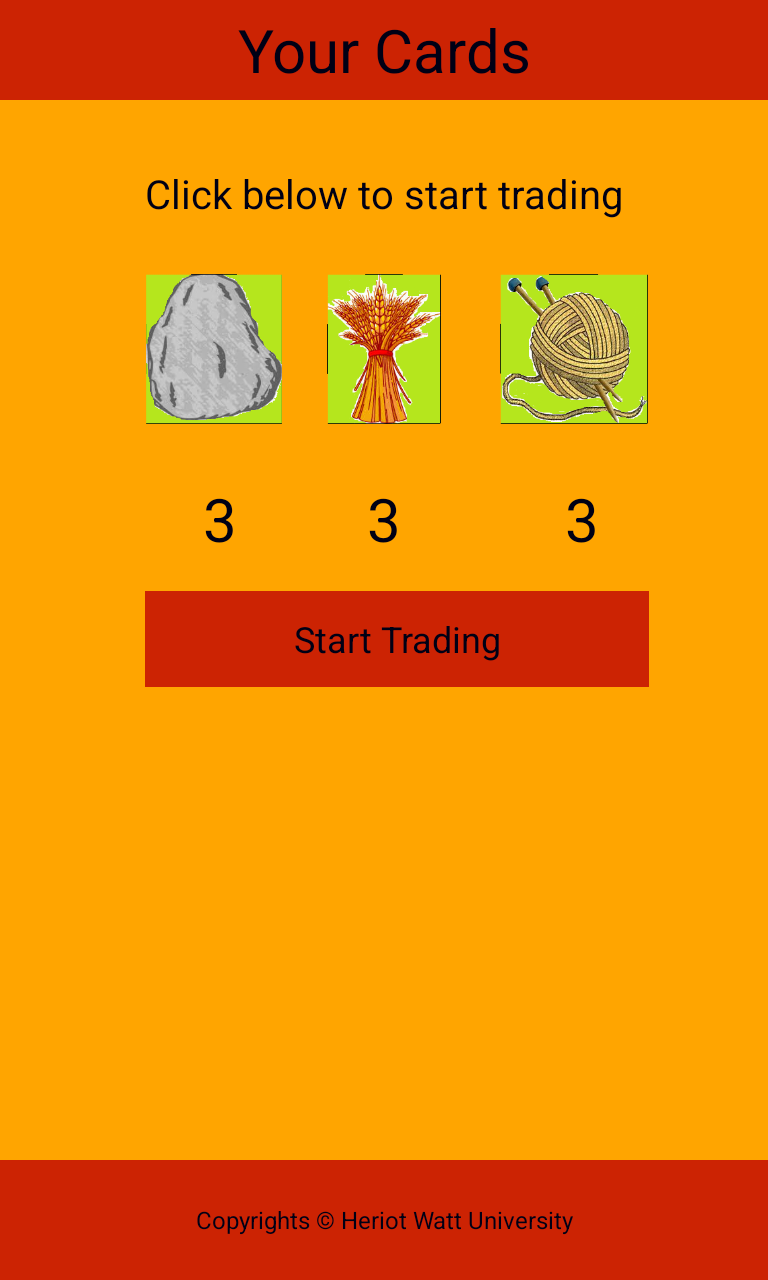
Repository: nidafarooqui/Trading-Game-Version-3
Layout: TaikunClient/res/layout/activity_propose_screen.xml
An editor plug-in stored every save of this project. The layout is shown before and after the next save, followed by the edit.
It is drawn on a 768 x 1280 px phone screen (xhdpi) without system bars, with theme AppTheme; the app's code is not run.

Above is the layout before, as saved 2014-08-17 01:09:25.

After the next save:
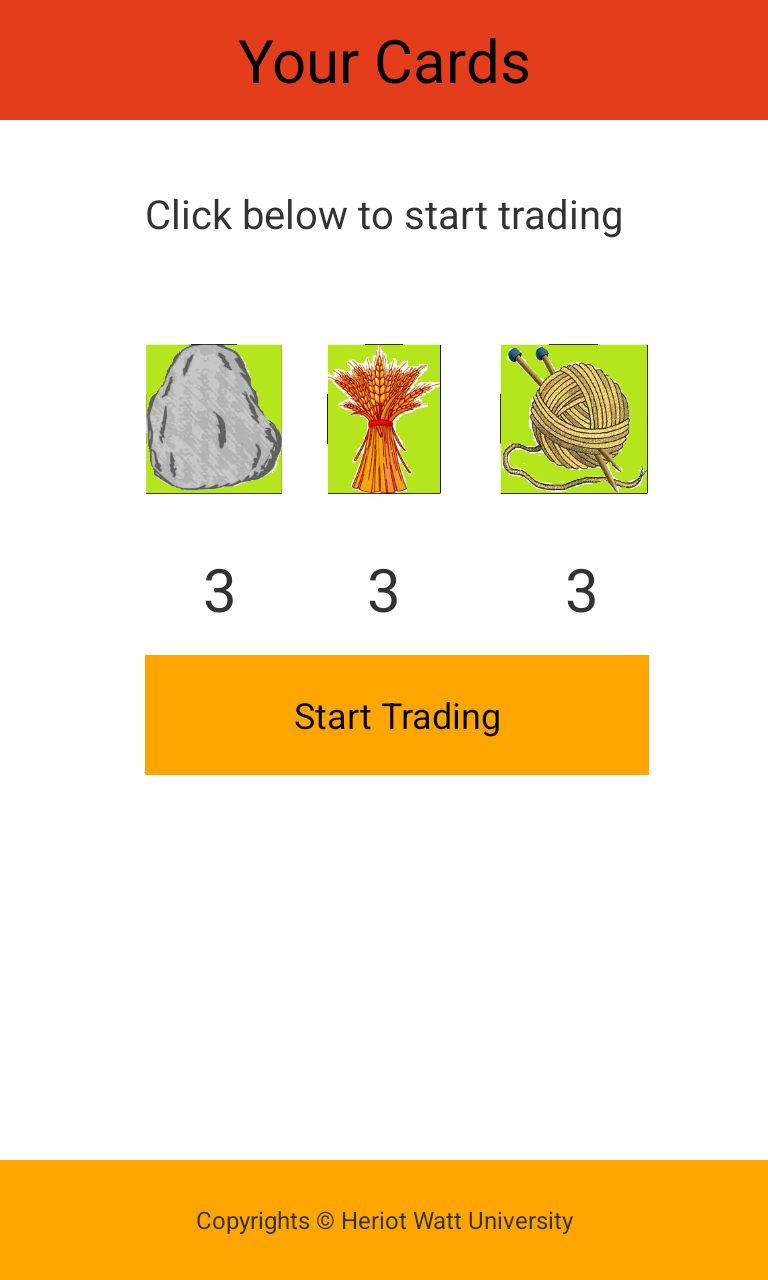
Saved 3 min 51 s later.
--- a/TaikunClient/res/layout/activity_propose_screen.xml
+++ b/TaikunClient/res/layout/activity_propose_screen.xml
@@ -3,7 +3,6 @@
     android:id="@+id/RelativeLayout1"
     android:layout_width="match_parent"
     android:layout_height="match_parent"
-    android:background="@color/orange"
     android:orientation="vertical" >
 
     <ImageView
@@ -26,19 +25,6 @@
         android:src="@drawable/wheatcard" />
 
     <TextView
-        android:id="@+id/textViewTurn"
-        android:layout_width="match_parent"
-        android:layout_height="50dp"
-        android:layout_alignParentTop="true"
-        android:layout_centerHorizontal="true"
-        android:background="@color/darkorrange"
-        android:gravity="center_horizontal|center_vertical"
-        android:text="Your Cards"
-        android:textAppearance="?android:attr/textAppearanceLarge"
-        android:textColor="@color/dark"
-        android:textSize="30sp" />
-
-    <TextView
         android:id="@+id/rocksGoalState"
         android:layout_width="wrap_content"
         android:layout_height="wrap_content"
@@ -47,7 +33,6 @@
         android:layout_marginRight="26dp"
         android:layout_marginTop="27dp"
         android:text="@string/rockTotal"
-        android:textColor="@color/dark"
         android:textSize="30sp" />
 
     <TextView
@@ -59,7 +44,6 @@
         android:layout_below="@+id/wheatImage"
         android:layout_centerHorizontal="true"
         android:text="@string/wheatTotal"
-        android:textColor="@color/dark"
         android:textSize="30sp" />
 
     <TextView
@@ -68,11 +52,10 @@
         android:layout_height="wrap_content"
         android:layout_alignBaseline="@+id/wheatGoalState"
         android:layout_alignBottom="@+id/wheatGoalState"
+        android:layout_below="@+id/woolImage"
         android:layout_alignRight="@+id/woolImage"
-        android:layout_below="@+id/woolImage"
         android:layout_marginRight="25dp"
         android:text="@string/woolTotal"
-        android:textColor="@color/dark"
         android:textSize="30sp" />
 
     <TextView
@@ -83,22 +66,40 @@
         android:layout_centerHorizontal="true"
         android:layout_marginTop="33dp"
         android:text="Click below to start trading"
-        android:textColor="@color/dark"
         android:textSize="20sp" />
+
+    <ImageView
+        android:id="@+id/rockImage"
+        android:layout_width="75dp"
+        android:layout_height="75dp"
+        android:layout_below="@+id/textView1"
+        android:layout_marginTop="52dp"
+        android:layout_toLeftOf="@+id/wheatImage"
+        android:src="@drawable/rockcard" />
+
+    <TextView
+        android:id="@+id/textViewTurn"
+        android:layout_width="fill_parent"
+        android:layout_height="60dp"
+        android:layout_centerHorizontal="true"
+        android:layout_centerInParent="false"
+        android:layout_centerVertical="false"
+        android:background="@color/orrange"
+        android:gravity="center_horizontal|center_vertical"
+        android:text="Your Cards"
+        android:textAppearance="?android:attr/textAppearanceLarge"
+        android:textSize="30sp" />
 
     <Button
         android:id="@+id/buttonStartTrade"
         android:layout_width="match_parent"
-        android:layout_height="wrap_content"
+        android:layout_height="60dp"
         android:layout_alignLeft="@+id/textView1"
         android:layout_alignRight="@+id/woolImage"
-        android:layout_below="@+id/wheatGoalState"
-        android:layout_marginBottom="10dp"
-        android:layout_marginTop="16dp"
-        android:background="@color/darkorrange"
-        android:text="Start Trading"
-        android:textColor="@color/dark"
-        android:textStyle="normal" />
+        android:layout_below="@+id/rocksGoalState"
+        android:layout_marginTop="13dp"
+        android:background="@color/orange"
+        android:text="Start Trading" />
 
     <TextView
         android:id="@+id/TextView01"
@@ -106,20 +107,9 @@
         android:layout_height="60dp"
         android:layout_alignParentBottom="true"
         android:layout_alignParentLeft="true"
-        android:layout_marginTop="10dp"
-        android:background="@color/darkorrange"
+        android:background="@color/orange"
         android:gravity="center_horizontal|center_vertical"
         android:text="Copyrights © Heriot Watt University"
-        android:textColor="@color/dark"
         android:textSize="12sp" />
 
-    <ImageView
-        android:id="@+id/rockImage"
-        android:layout_width="75dp"
-        android:layout_height="75dp"
-        android:layout_below="@+id/textView1"
-        android:layout_marginTop="27dp"
-        android:layout_toLeftOf="@+id/wheatImage"
-        android:src="@drawable/rockcard" />
-
 </RelativeLayout>
